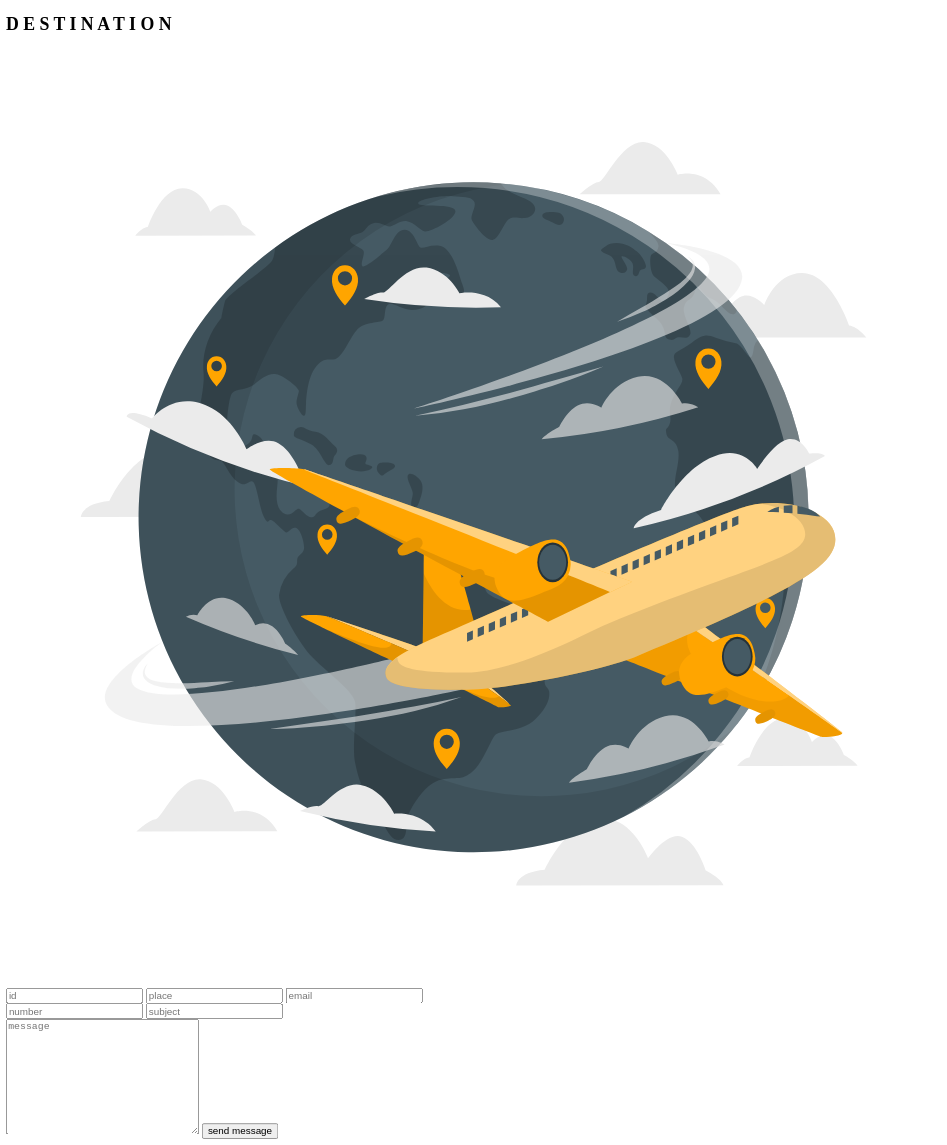
Repository: vksh-chandra/Travel-Tourism
Page: tatms/src/main/webapp/Admin.html
The author's editor kept a copy of each file at every save. The page is drawn from the files as they stood at one save, then again after the next save.
The browser window is 1280 px wide. The pictures show the whole page, at 74% of full size.

Above is the page before, as saved 2022-07-19 18:14:09.

After the next save:
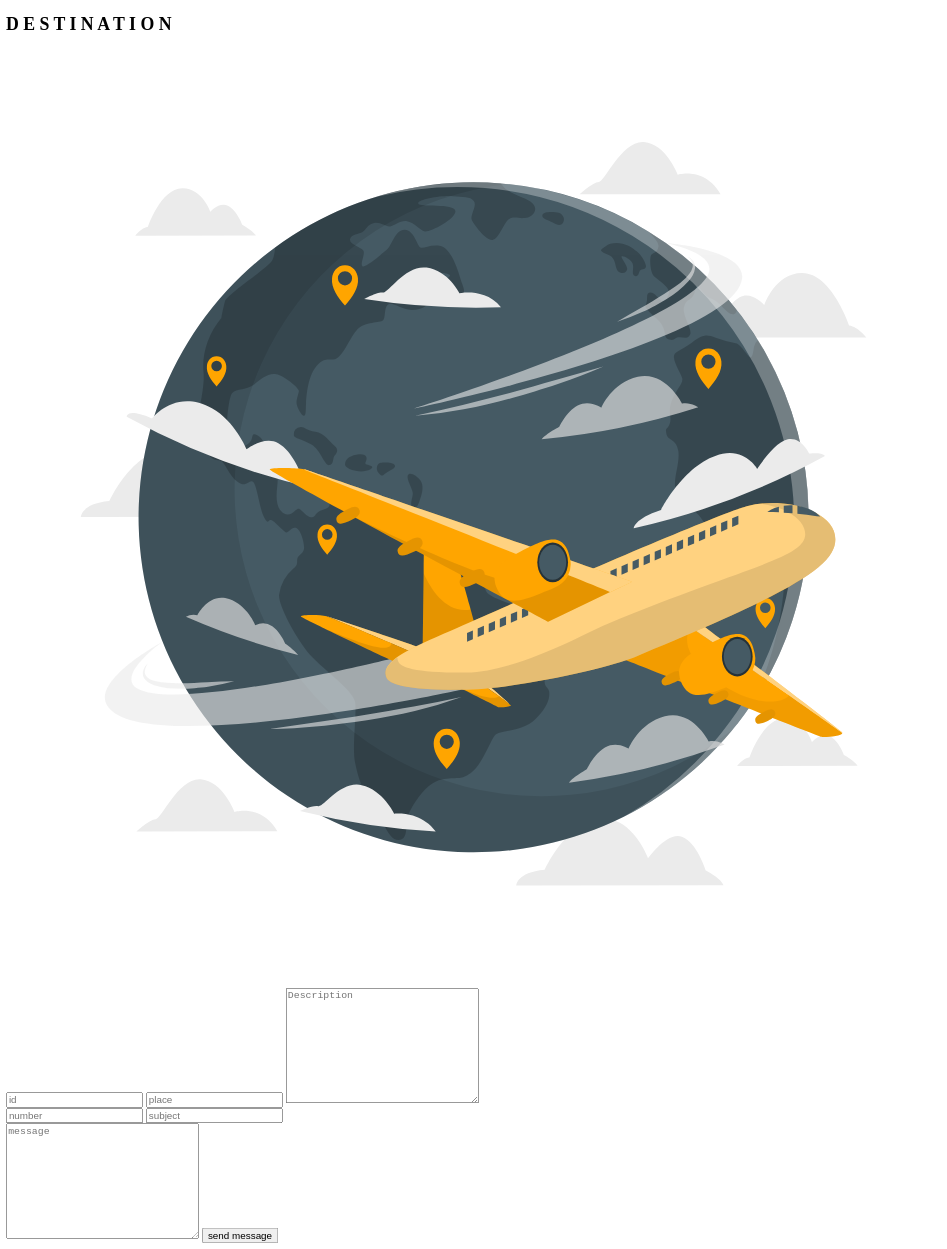
Saved 35 s later.
--- a/tatms/src/main/webapp/Admin.html
+++ b/tatms/src/main/webapp/Admin.html
@@ -31,7 +31,7 @@
 	            <div class="inputBox">
 	                <input type="text" placeholder="id" name="id">
 	                <input type="text" placeholder="place" name="place">
-	                <input type="email" placeholder="email" name="email">
+	                <textarea placeholder="Description" name="Description" id="" cols="30" rows="10"></textarea>
 	            </div>
 	            <div class="inputBox">
 	                <input type="number" placeholder="number" name="phno">
